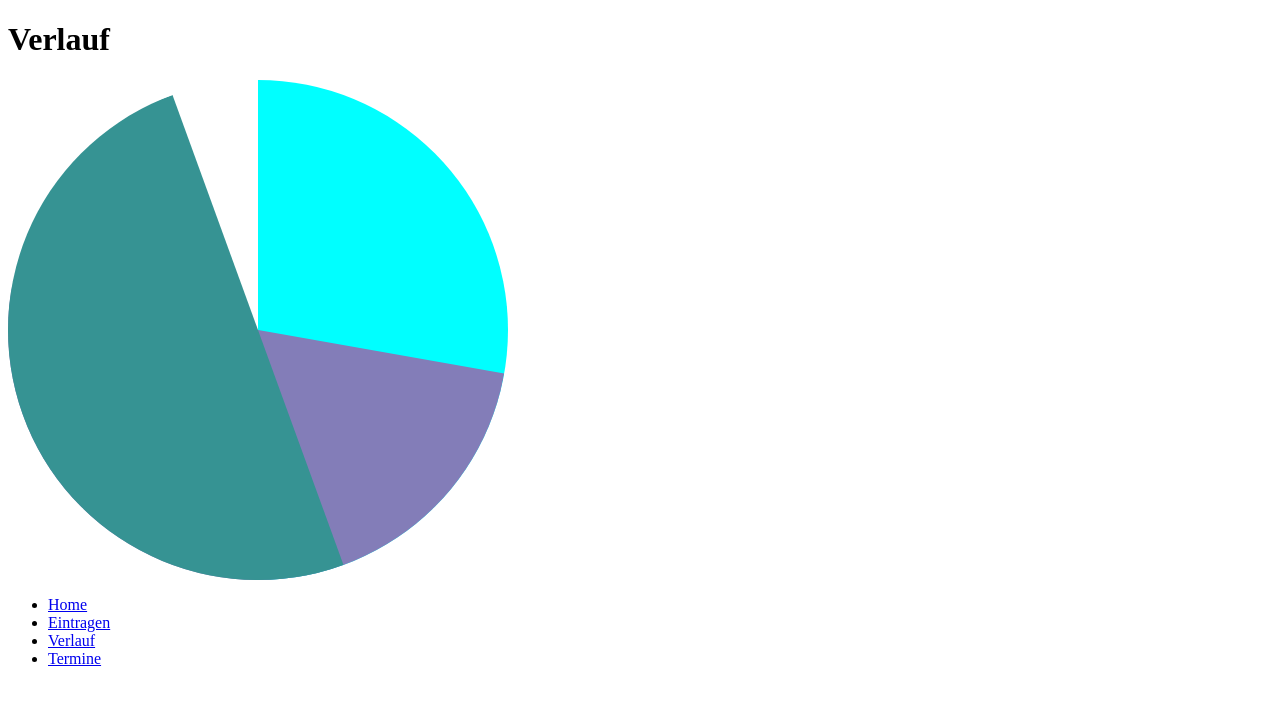
Repository: jakemoes/Pet-Tracker
Page: PWA/trend.html
The author's editor kept a copy of each file at every save. The page is drawn from the files as they stood at one save, then again after a run of saves.
The browser window is 1280 px wide. The pictures show the whole page.

Above is the page before, as saved 2024-12-05 01:16:44.

### PWA/trend.html
<!DOCTYPE html>
<html>
    <head>
        <meta charset="UTF-8">
        <meta name="viewport" content="width=device-width, initial-scale=1.0">
        <title>Verlauf</title>
        <link rel="stylesheet" href="trend.css">
    </head>

    </head>

    <body>
        <h1>Verlauf</h1>

        <div class="container">
            <div class="layer"></div>
            <div class="layer"></div>
            <div class="layer"></div>
            <div class="layer"></div>
        </div>


        <footer>
            <nav>
                <ul class="nav-bar">
                    <li><a href="welcome.html">Home</a></li>
                    <li><a href="#">Eintragen</a></li>
                    <li><a href="trend.html">Verlauf</a></li>
                    <li><a href="appointment.html">Termine</a></li>
                </ul>
            </nav>
        </footer>
    </body>




</html>

### PWA/trend.css



.container {
    position: relative;
    width: 500px;
    height: 500px;
    background-color: transparent;
    border-radius: 50%;
    overflow: hidden;
}

.layer {
    position: absolute;
    width: 100%;
    height: 100%;
    transform-origin: 0px 250px;
    left: 0;
    top: 0;
    overflow: hidden;
}

.layer::before {
    content: "";
    width: 100%;
    height: 100%;
    position: absolute;
    background-color: transparent;
    transform-origin: 0px 250px;
    top: 0;
    left: 0;
}
 .layer:nth-child(1) {
    background-color: aqua;
    transform: translateX(250px) rotate(0deg);
 }

 .layer:nth-child(1)::before {
    transform: rotate(100deg);
 }

 .layer:nth-child(2) {
    background-color: rgb(131, 125, 184);
    transform: translateX(250px) rotate(100deg);
 }

 .layer:nth-child(2)::before {
    transform: rotate(160deg);
 }

 .layer:nth-child(3) {
    background-color: rgb(54, 147, 147);
    transform: translateX(250px) rotate(160deg);
 }

 .layer:nth-child(3)::before {
    transform: rotate(180deg);
 }

 .layer:nth-child(1) {
    background-color: aqua;
    transform: translateX(250px) rotate(0deg);
 }

 .layer:nth-child(1)::before {
    transform: rotate(100deg);
 }

After the next 2 saves:
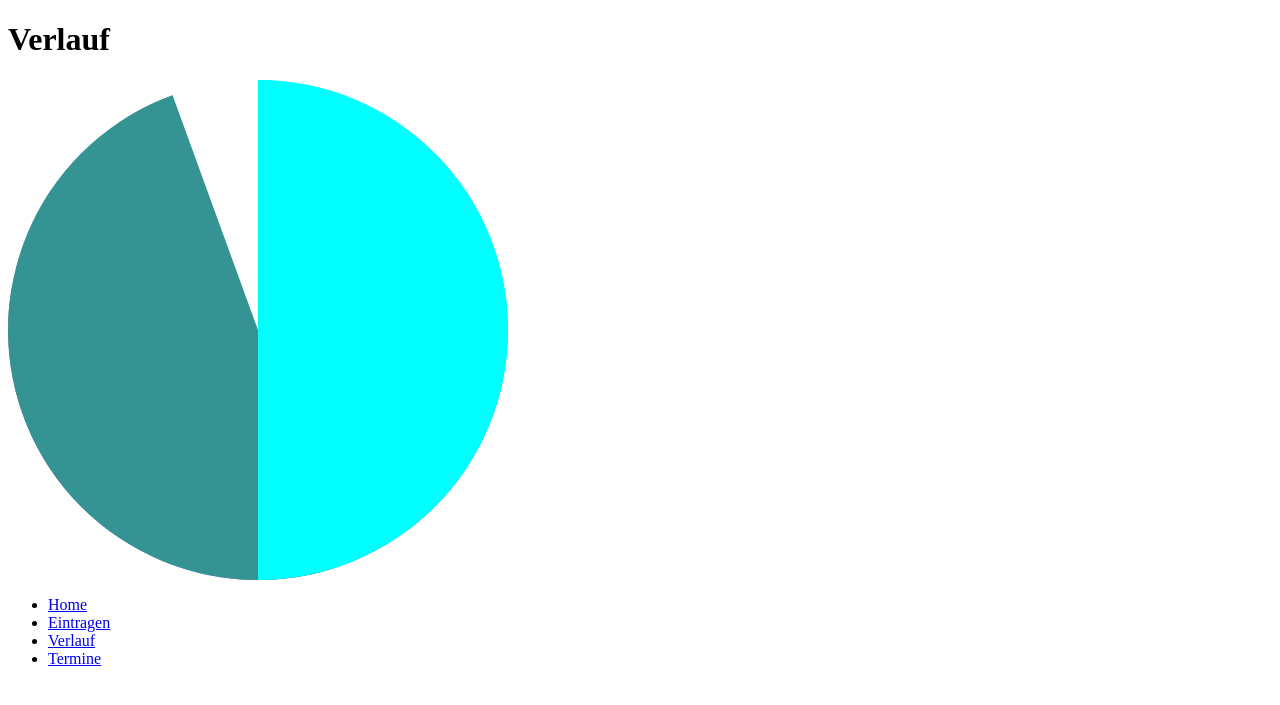
The 2 saves are shown as one change because they came seconds apart.
The last was saved 22 s later.
--- a/PWA/trend.css
+++ b/PWA/trend.css
@@ -57,11 +57,11 @@
     transform: rotate(180deg);
  }
 
- .layer:nth-child(1) {
+ .layer:nth-child(4) {
     background-color: aqua;
     transform: translateX(250px) rotate(0deg);
  }
 
- .layer:nth-child(1)::before {
+ .layer:nth-child(4)::before {
     transform: rotate(100deg);
  }
